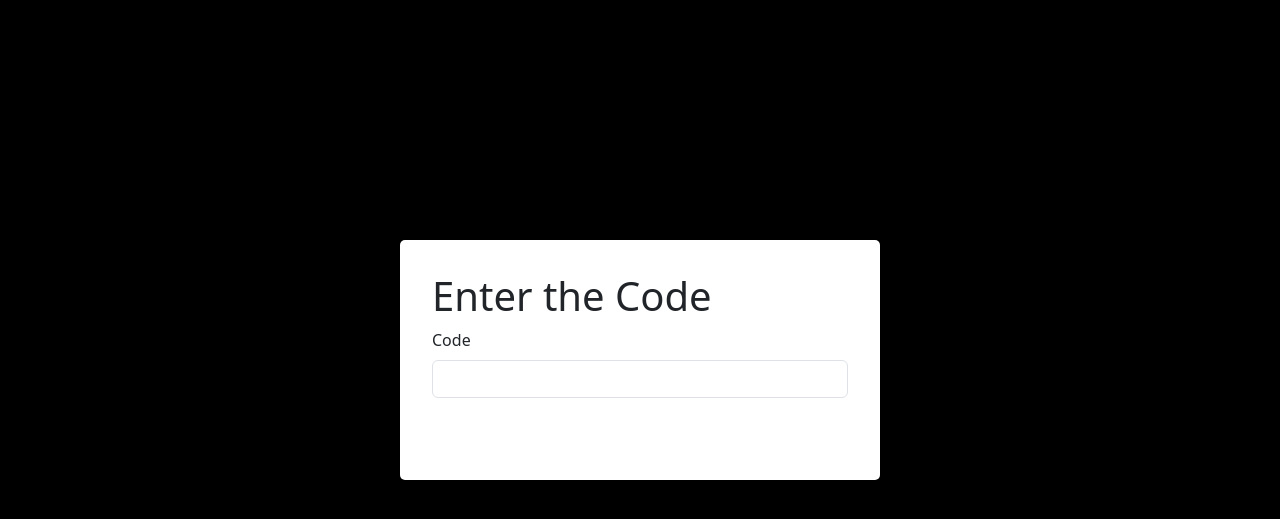
Repository: tran-thien-nhan/quiz_tlln
Page: index.html
The author's editor kept a copy of each file at every save. The page is drawn from the files as they stood at one save, then again after the next save.
The browser window is 1280 px wide. The pictures show the whole page.

Above is the page before, as saved 2023-06-28 12:36:48.

After the next save:
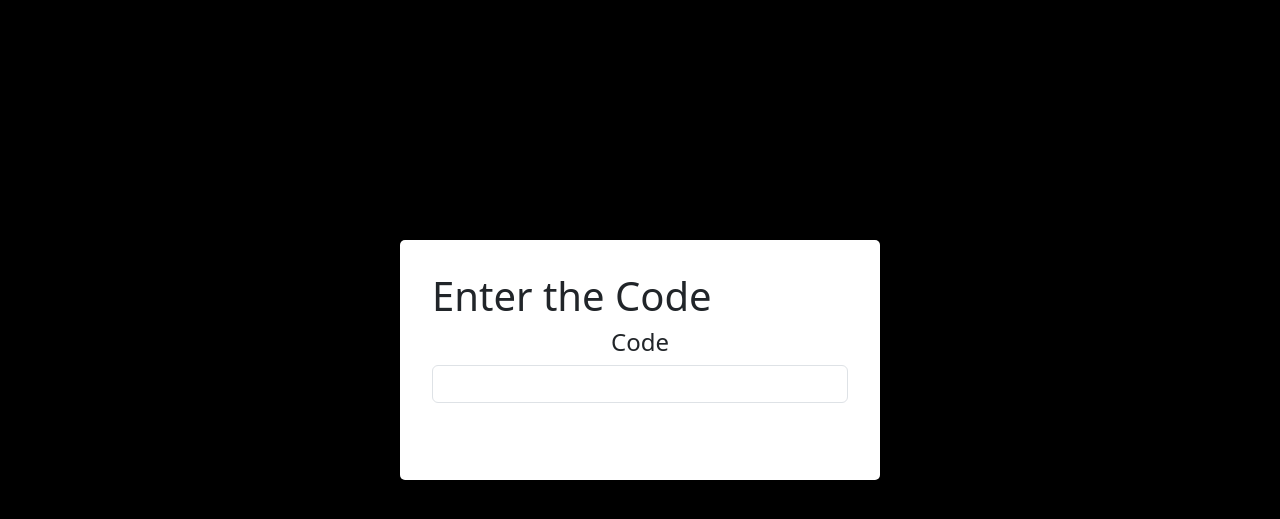
Saved 21 s later.
--- a/index.html
+++ b/index.html
@@ -31,7 +31,7 @@
         text-align: center;
         color: red;
     }
-    label{
+    h4{
       text-align: center;
     }
   </style>
@@ -43,7 +43,7 @@
     <h1>Enter the Code</h1>
     <form id="codeForm">
       <div class="mb-3">
-        <label for="codeInput" class="form-label">Code</label>
+        <h4 for="codeInput" class="form-label">Code</h4>
         <input type="password" class="form-control" id="codeInput" required>
       </div>
       <!-- <button id="code-btn" type="submit" class="btn btn-primary">Submit</button> -->
